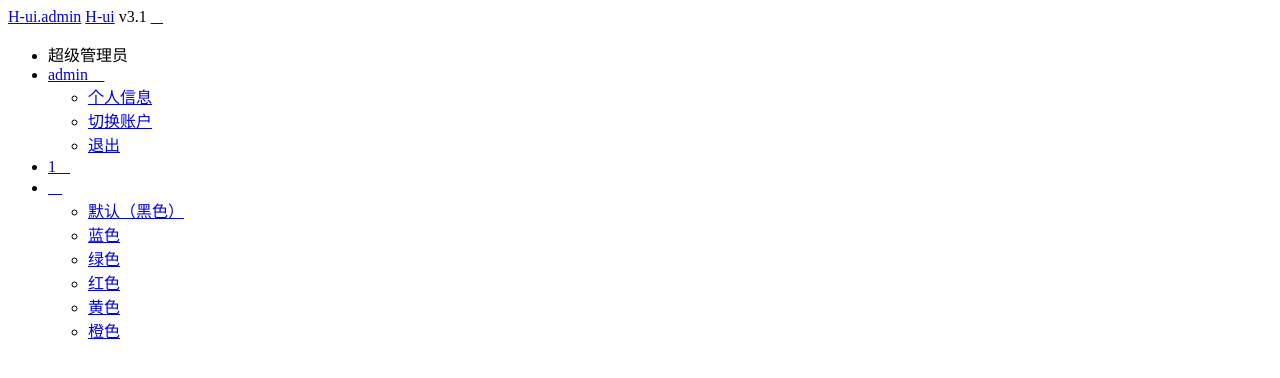
Repository: Cfang2017/2nanle
Page: application/admin/view/public/_header.html
An editor plug-in stored every save of this project. The page is shown before and after the next save, followed by the edit.
The browser window is 1280 px wide. The pictures show the whole page.

Above is the page before, as saved 2019-09-12 17:45:22.

After the next save:
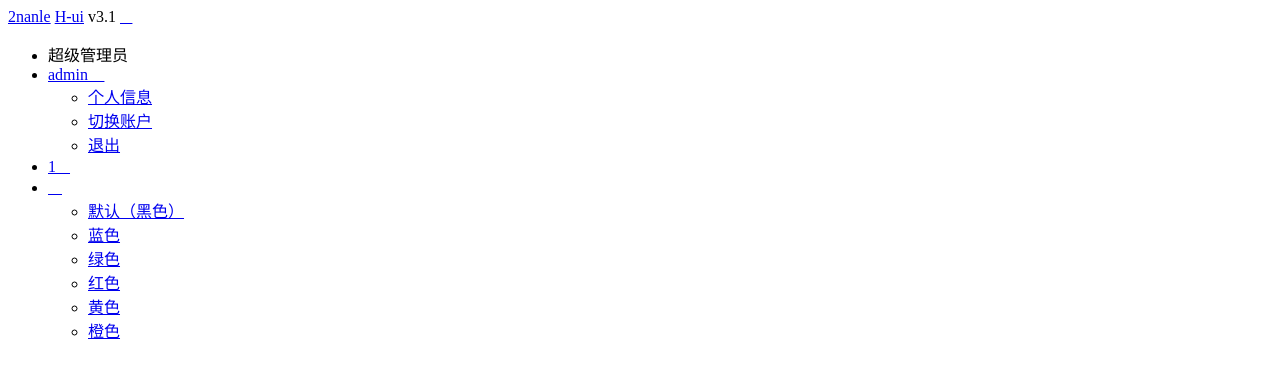
Saved 18 s later.
--- a/application/admin/view/public/_header.html
+++ b/application/admin/view/public/_header.html
@@ -1,6 +1,6 @@
 <header class="navbar-wrapper">
 	<div class="navbar navbar-fixed-top">
-		<div class="container-fluid cl"> <a class="logo navbar-logo f-l mr-10 hidden-xs" href="{:url('index/index')}">H-ui.admin</a> <a class="logo navbar-logo-m f-l mr-10 visible-xs" href="/aboutHui.shtml">H-ui</a> <span class="logo navbar-slogan f-l mr-10 hidden-xs">v3.1</span> <a aria-hidden="false" class="nav-toggle Hui-iconfont visible-xs" href="javascript:;">&#xe667;</a>
+		<div class="container-fluid cl"> <a class="logo navbar-logo f-l mr-10 hidden-xs" href="{:url('index/index')}">2nanle</a> <a class="logo navbar-logo-m f-l mr-10 visible-xs" href="/aboutHui.shtml">H-ui</a> <span class="logo navbar-slogan f-l mr-10 hidden-xs">v3.1</span> <a aria-hidden="false" class="nav-toggle Hui-iconfont visible-xs" href="javascript:;">&#xe667;</a>
 
 			<nav id="Hui-userbar" class="nav navbar-nav navbar-userbar hidden-xs">
 				<ul class="cl">
